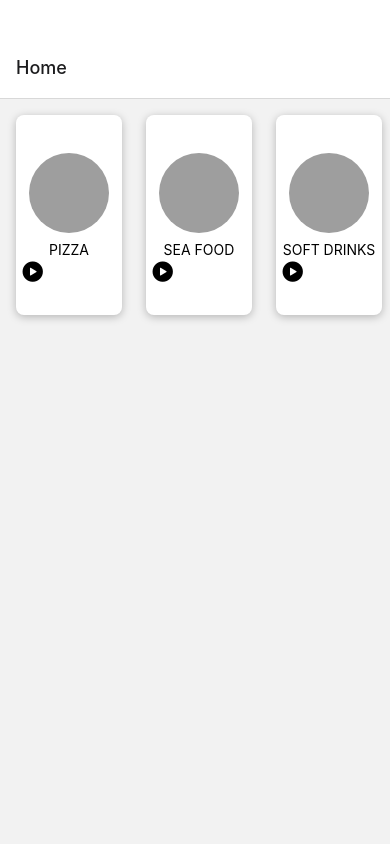
Repository: Esraa22M/ReactNative
Screen: /
These files come from the project's save history. The screen is drawn as it stood at one moment and after the next save; the edit follows.
Pictures or frames that could not be fetched are drawn as grey boxes. The app was drawn by React Native's web renderer in a window 390 px wide. The project was rebuilt for these pictures with package versions that can differ from the ones it lists, and the page was loaded fresh each time. Also part of the build but not shown: src/components/header/header.component.js, src/colors/front-screen-colors/user-auth-colors.js, src/components/header/header.styles.js, src/components/textInput/textInput.styles.js, src/components/textInput/textInput.components.jsx, src/components/singup-form-body/singup-form-body.components.js, src/screens/front-screen/Singup/singup-screen.screens.jsx, src/authentication/api/login-info.js and 2 more.

Above is the screen before, as saved 2023-09-21 01:34:33.

After the next save:
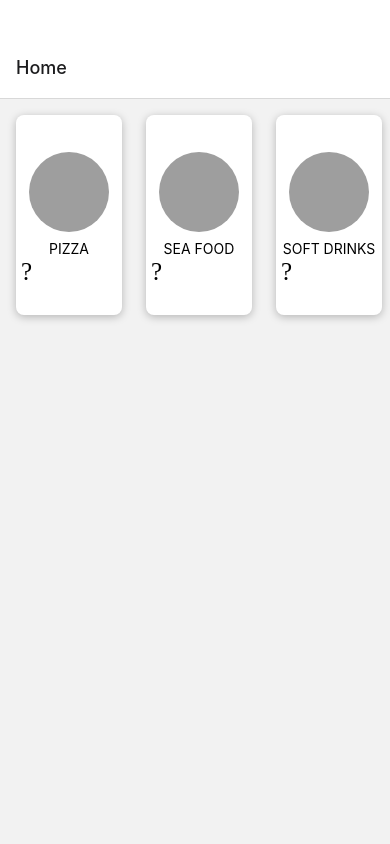
Saved 45 s later.
--- a/src/components/icon-button/icon-button.components.js
+++ b/src/components/icon-button/icon-button.components.js
@@ -3,7 +3,7 @@
 export const IconButton = ({ name, color, size, ...props }) => {
   return (
     <Pressable style={({ pressed }) => pressed && styles.pressed}>
-      <Ionicons {...props} name={"play-circle"} color={color} size={size} />
+      <Ionicons {...props} name={"right-circle"} color={color} size={size} />
     </Pressable>
   );
 };

After the save that followed:
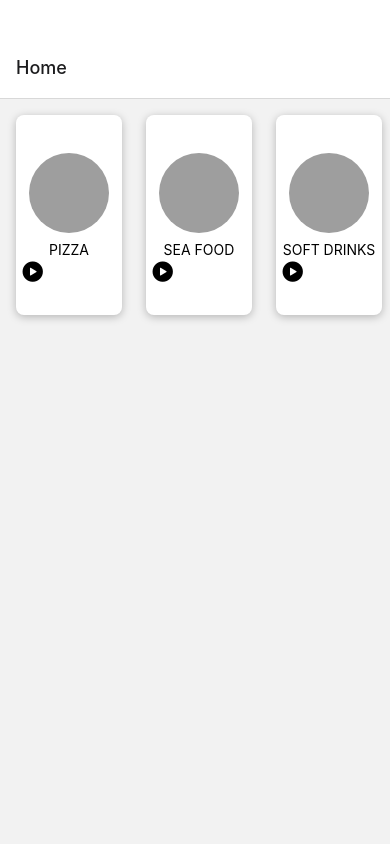
Saved 10 s later.
--- a/src/components/icon-button/icon-button.components.js
+++ b/src/components/icon-button/icon-button.components.js
@@ -3,7 +3,7 @@
 export const IconButton = ({ name, color, size, ...props }) => {
   return (
     <Pressable style={({ pressed }) => pressed && styles.pressed}>
-      <Ionicons {...props} name={"right-circle"} color={color} size={size} />
+      <Ionicons {...props} name={"play-circle"} color={color} size={size} />
     </Pressable>
   );
 };
